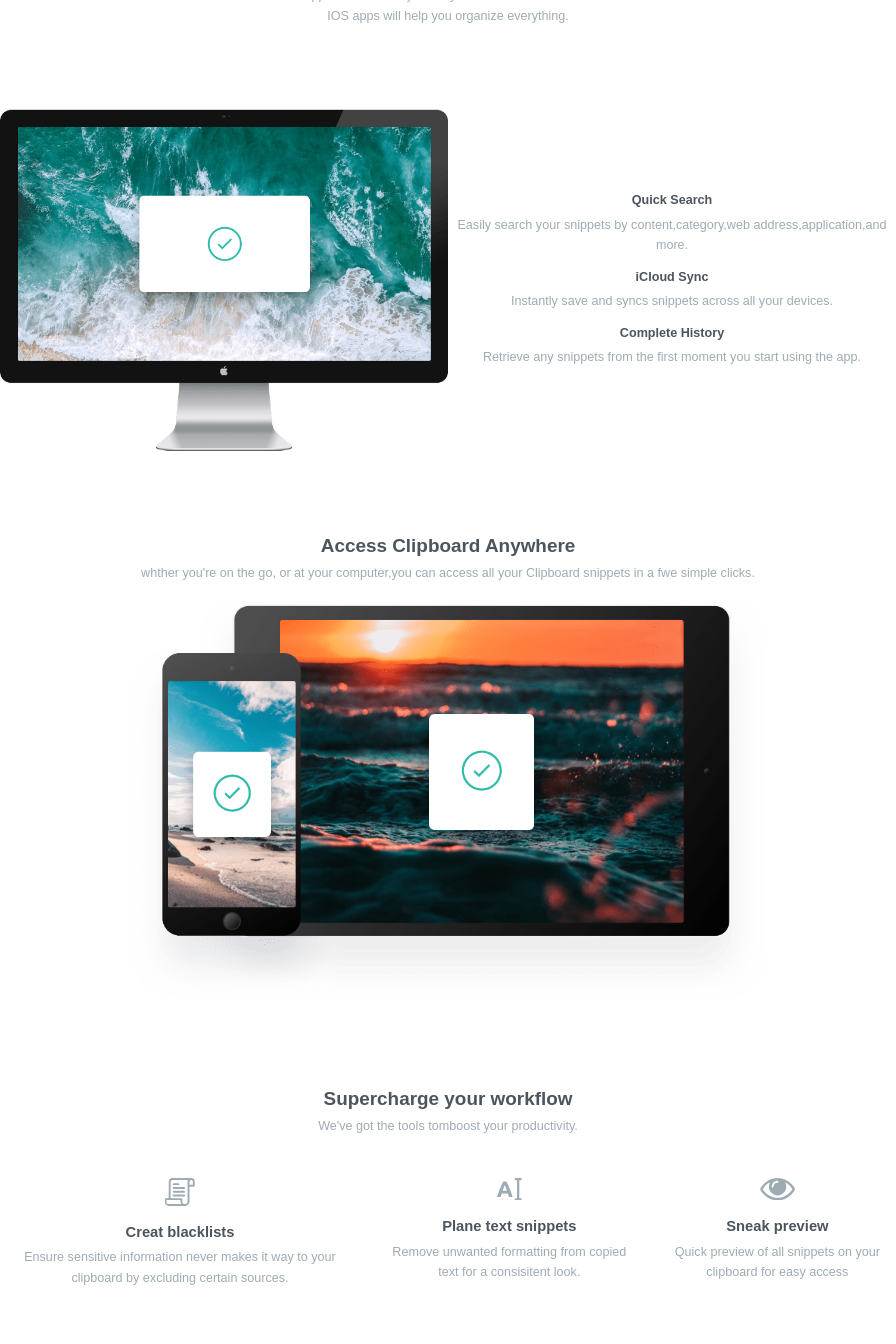
Repository: moataz305G/Clipboard-landing-page
Page: index.html
These files come from the project's save history. The page is drawn as it stood at one moment and after the next save; the edit follows.
The browser window is 1280 px wide. The pictures show the part of the page from y = 607 to 2527 px (the page is 3047 px tall before and 3104 px after), at 70% of full size.

Above is the page before, as saved 2025-12-24 20:37:10.

After the next save:
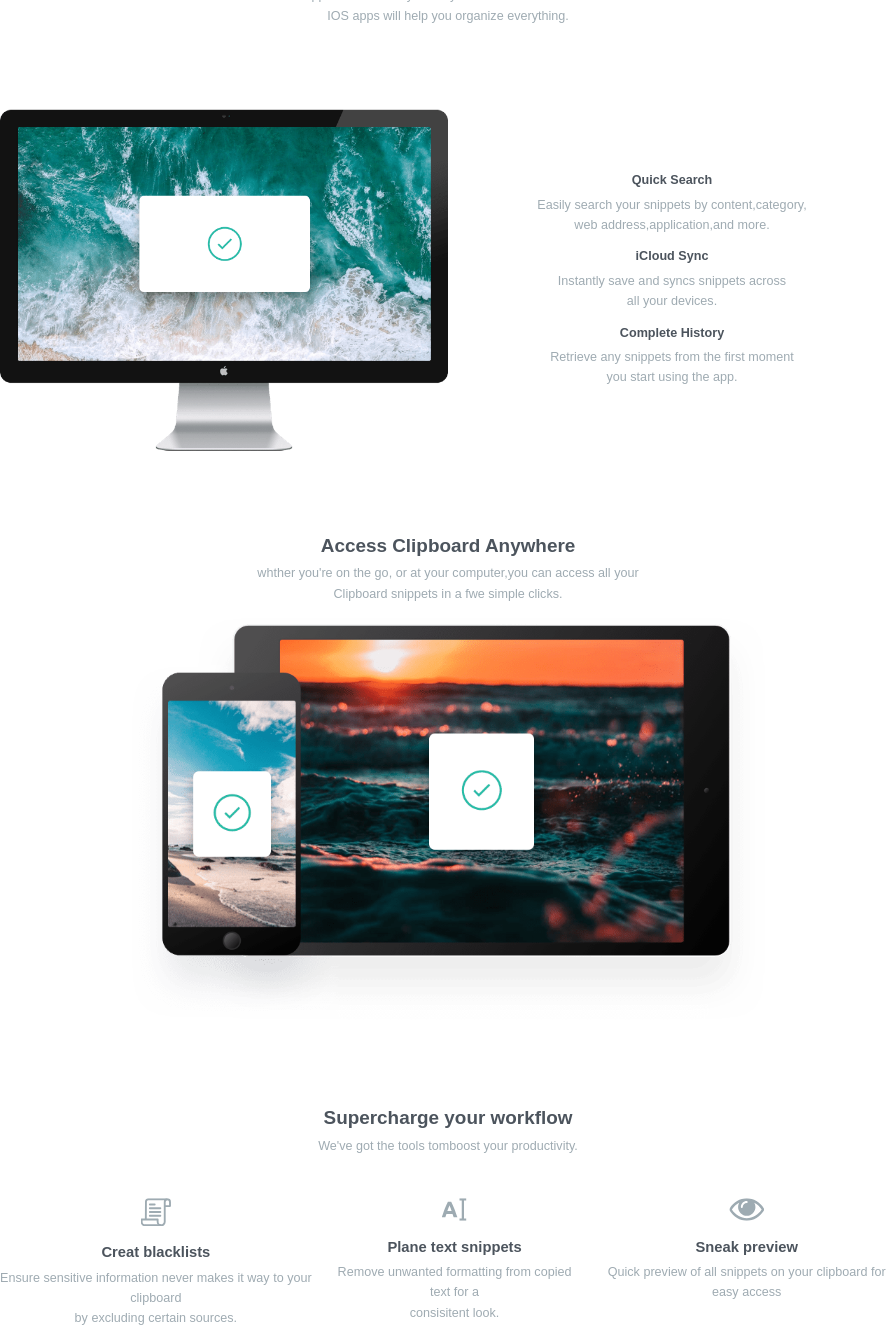
Saved 114 s later.
--- a/index.html
+++ b/index.html
@@ -49,18 +49,18 @@
           <div>
             <h4>Quick Search</h4>
             <p>
-              Easily search your snippets by content,category,web
+              Easily search your snippets by content,category,<br/>web
               address,application,and more.
             </p>
           </div>
           <div>
             <h4>iCloud Sync</h4>
-            <p>Instantly save and syncs snippets across all your devices.</p>
+            <p>Instantly save and syncs snippets across<br/> all your devices.</p>
           </div>
           <div>
             <h4>Complete History</h4>
             <p>
-              Retrieve any snippets from the first moment you start using the
+              Retrieve any snippets from the first moment<br/> you start using the
               app.
             </p>
           </div>
@@ -70,7 +70,7 @@
       <section class="access_anywhere section">
         <h2>Access Clipboard Anywhere</h2>
         <p>
-          whther you're on the go, or at your computer,you can access all your
+          whther you're on the go, or at your computer,you can access all your<br/>
           Clipboard snippets in a fwe simple clicks.
         </p>
         <img
@@ -91,7 +91,7 @@
             <img src="images/icon-blacklist.svg " alt="icon-blacklist" />
             <h3>Creat blacklists</h3>
             <p>
-              Ensure sensitive information never makes it way to your clipboard
+              Ensure sensitive information never makes it way to your clipboard<br/>
               by excluding certain sources.
             </p>
           </div>
@@ -100,7 +100,7 @@
             <img src="images/icon-text.svg" alt="icon-text" />
             <h3>Plane text snippets</h3>
             <p>
-              Remove unwanted formatting from copied text for a consisitent
+              Remove unwanted formatting from copied text for a<br/> consisitent
               look.
             </p>
           </div>
